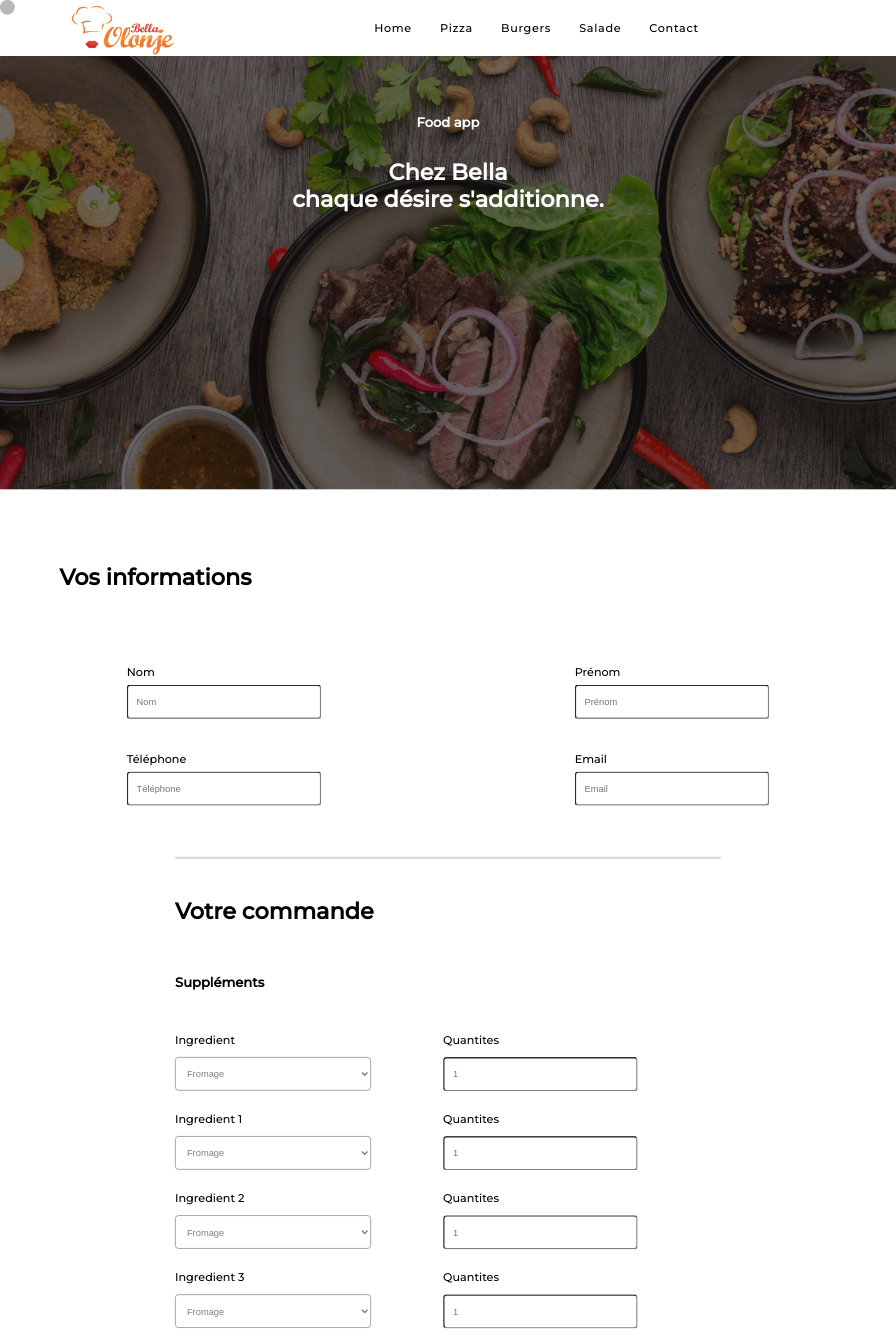
Repository: Ahlam-belhadj/bella-olange
Page: index2.html
These files come from the project's save history. The page is drawn as it stood at one moment and after the next save; the edit follows.
The browser window is 1280 px wide. The pictures show the part of the page from y = 0 to 1920 px (the page is 3199 px tall), at 70% of full size.

Above is the page before, as saved 2023-02-14 19:27:55.

### index2.html
<!DOCTYPE html>
<html lang="en">

<head>
    <meta charset="UTF-8">
    <meta http-equiv="X-UA-Compatible" content="IE=edge">
    <meta name="viewport" content="width=device-width, initial-scale=1.0">
    <link rel="stylesheet" href="style2.css">
    <title>Bella olanje</title>
</head>

<body>
  <header>
    <nav>
      <div class="logo"><img  class="logo" src="image/logo_bella_olonje.png" alt="logo"></div>
      <ul>
          <li><a href="#" class="nav-link">Home</a></li>
          <li><a href="#" class="nav-link">Pizza</a></li>
          <li><a href="#" class="nav-link">Burgers</a></li>
          <li><a href="#" class="nav-link">Salade</a></li>
          <li><a href="#" class="nav-link">Contact</a></li>

      </ul>
      <div class="icon_navbar">
          <label for="click" class="menu-btn">
            <i class="fas fa-bars"></i>
          </label>
      </div>
    </nav>

    <div class="title">
        <div class="texte">
            <h3>Food app</h3>
            <h1>Chez Bella <br>
                chaque désire s'additionne.</h1>
        </div>
    </div>
</header>




    <main>
      <div class="infos" id="form-infos">
        <form>
          <h1>Vos informations</h1>

          <div class="grp_infos">
            <div class="nom_prenom">
              <div class="label1">
                <label class="label_nom">Nom</label><br>
                <input type="text" placeholder="Nom">
              </div>
              <div class="label1">
                <label class="label_nom">Prénom</label><br>
                <input type="text" placeholder="Prénom">
              </div>
            </div>

            <div class="telephone_email">
              <div class="label1">
                <label class="label_nom">Téléphone</label><br>
                <input type="text" placeholder="Téléphone">
              </div>
              <div class="label1">
                <label class="label_nom">Email</label><br>
                <input type="text" placeholder="Email">
              </div>
            </div>
          </div>
        </form>
      </div>

      <hr>

      <div class="commande">
        <form>
          <h1>Votre commande</h1>
          <h3>Suppléments</h3>
          <div class="grp_suppliment">
            <div class="ingredient_quantite">
              <div class="fromage">
                <label>Ingredient</label><br>
                <select name="ingr" class="suppléments">
                  <option value="fromage">Fromage</option>
                  <option value="fromage">Fromage</option>
                  <option value="fromage">Fromage</option>
                  <option value="fromage">Fromage</option>
                  <option value="fromage">Fromage</option>
                  <option value="fromage">Fromage</option>
                  <option value="fromage">Fromage</option>
                </select>
              </div>
              <div class="box">
                <label>Quantites</label><br>
                <input type="number" min="0" placeholder="1">
              </div>
            </div>

            <div class="ingredient_quantite">
             <div class="fromage">
                <label>Ingredient 1</label><br>
                <select name="ingr" class="suppléments">
                  <option value="fromage">Fromage</option>
                  <option value="fromage">Fromage</option>
                  <option value="fromage">Fromage</option>
                  <option value="fromage">Fromage</option>
                  <option value="fromage">Fromage</option>
                  <option value="fromage">Fromage</option>
                  <option value="fromage">Fromage</option>
                </select>
              </div>
              <div class="box">
                <label>Quantites</label><br>
                <input type="number" min="0" placeholder="1">
              </div>
            </div>

            <div class="ingredient_quantite">
              <div class="fromage">
                <label>Ingredient 2</label><br>
                <select name="ingr" class="suppléments">
                  <option value="fromage">Fromage</option>
                  <option value="fromage">Fromage</option>
                  <option value="fromage">Fromage</option>
                  <option value="fromage">Fromage</option>
                  <option value="fromage">Fromage</option>
                  <option value="fromage">Fromage</option>
                  <option value="fromage">Fromage</option>
                </select>
              </div>
              <div class="box">
                <label>Quantites</label><br>
                <input type="number" min="0" placeholder="1">
              </div>
            </div>

            <div class="ingredient_quantite">
              <div class="fromage">
                <label>Ingredient 3</label><br>
                <select name="ingr" class="suppléments">
                  <option value="fromage">Fromage</option>
                  <option value="fromage">Fromage</option>
                  <option value="fromage">Fromage</option>
                  <option value="fromage">Fromage</option>
                  <option value="fromage">Fromage</option>
                  <option value="fromage">Fromage</option>
                  <option value="fromage">Fromage</option>
                </select>
              </div>
              <div class="box">
                <label>Quantites</label><br>
                <input type="number" min="0" placeholder="1">
              </div>
            </div>
          </div>


          <div class="check2">
            <label class="container">Avec frites
              <input type="radio" checked="checked" name="radio">
              <span class="checkmark"></span>
            </label>
            <label class="container">Sans frites
              <input type="radio" name="radio">
              <span class="checkmark"></span>
            </label>
          </div>


          <div class="all">
            <div class="content_of_boisson">
                <h2>Boissons</h2>
                <div class="boissons">
                    <div class="carre"></div>
                    <label>Coca-Cola</label>
                    <select name="Fromage" class="Fromage" style="margin-top: 10px;">
                      <option value="">1</option>
                      <option value="">2</option>
                      <option value="">3</option>
                      <option value="">4</option>
                    </select>
                </div>
                <div class="boissons">
                    <div class="carre grey"></div>
                    <label>Fanta</label>
                    <select name="Fromage" class="Fromage" style="margin-top: 10px;">
                      <option value="">1</option>
                      <option value="">2</option>
                      <option value="">3</option>
                      <option value="">4</option>
                    </select>
                </div>
                <div class="boissons">
                    <div class="carre grey"></div>
                    <label>L'eau</label>
                    <select name="Fromage" class="Fromage" style="margin-top: 10px;">
                      <option value="">1</option>
                      <option value="">2</option>
                      <option value="">3</option>
                      <option value="">4</option>
                    </select>
                </div>
            </div>

            <div class="content_of_dessert">
                <h2>Dessert</h2>
                <div class="boissons dessert">
                    <div class="carre"></div>
                    <label>Tiramisu</label>
                    <select name="Fromage" class="Fromage" style="margin-top: 10px;">
                        <option value="">1</option>
                        <option value="">2</option>
                        <option value="">3</option>
                        <option value="">4</option>
                    </select>
                </div>
                <div class="boissons dessert">
                    <div class="carre grey"></div>
                    <label>Cheese-cake</label>
                    <select name="Fromage" class="Fromage" style="margin-top: 10px;">
                      <option value="">1</option>
                      <option value="">2</option>
                      <option value="">3</option>
                      <option value="">4</option>
                    </select>
                </div>
                <div class="boissons dessert">
                    <div class="carre grey"></div>
                    <label>Tarte au fraise</label>
                    <select name="Fromage" class="Fromage" style="margin-top: 10px;">
                      <option value="">1</option>
                      <option value="">2</option>
                      <option value="">3</option>
                      <option value="">4</option>
                    </select>
                </div>
            </div>
            </div>
        </form>
      </div>

      <hr>

      <div class="livraison">
        <form>
          <h1>Adresse de livraison</h1>
          <div class="grp_infos">
            <div class="nom_prenom">
              <div class="label1">
                <label class="label_nom">Nom</label><br>
                <input type="text" placeholder="Nom">
              </div>
              <div class="label1">
                <label class="label_nom">Prénom</label><br>
                <input type="text" placeholder="Prénom">
              </div>
            </div>

            <div class="telephone_email">
              <div class="label1">
                <label class="label_nom">Téléphone</label><br>
                <input type="text" placeholder="Téléphone">
              </div>
              <div class="label1">
                <label class="label_nom">Email</label><br>
                <input type="text" placeholder="Email">
              </div>
            </div>
            <div class="nom_prenom">
              <div class="label1">
                <label class="label_nom">Adresse</label><br>
                <input type="text" placeholder="Adresse">
              </div>
              <div class="label1">
                <label class="label_nom">Code postale</label><br>
                <input type="text" placeholder="Code postale">
              </div>
            </div>

            <div class="telephone_email">
              <div class="label1">
                <label class="label_nom">Ville</label><br>
                <input type="text" placeholder="Ville">
              </div>
              <div class="label1">
                <label class="label_nom">Pays</label><br>
                <input type="text" placeholder="Pays">
              </div>
            </div>
          </div>
            <div class="div_button"><button class="button" type="button">Envoyer</button></div>
        </form>

      </div>
    </main>

</body>

</html>

### style2.css
@import url('https://fonts.googleapis.com/css2?family=Montserrat:wght@100;200;500&display=swap');

body {
    font-family: Montserrat, sans-serif;
    margin: auto;
}


.logo {
    height: 80px;
}

nav {
    display: flex;
    height: 80px;
    background: white;
    align-items: center;
    justify-content: space-between;
    padding: 0 50px 0 100px;
    flex-wrap: wrap;
  }

  nav .logo {
    color: #fff;
    font-size: 20px;
    text-transform: uppercase;
    text-decoration: none;
  }

  nav a {
    color: #fff;
    text-decoration: none;
  }

  nav ul {
    display: flex;
    flex-wrap: wrap;
    list-style: none;

  }

  nav ul li {
    margin: 0 5px;
  }

  nav ul li a {
    color: black;
    text-decoration: none;
    font-size: 16px;
    font-weight: 500;
    padding: 8px 15px;
    border-radius: 5px;
    letter-spacing: 1px;
    transition: all 0.3s ease;
  }

  nav .icon_navbar {
    display: flex;
  }



  nav .menu-btn i {
    color: #050505;
    font-size: 22px;
    cursor: pointer;

  }

  input[type="checkbox"] {
    display: none;
  }

  @media (max-width: 1000px) {
    nav {
      padding: 0 40px 0 50px;
    }

    nav .logo {
      color: #fff;
      font-size: 16px;
      text-transform: uppercase;
    }
  }

 @media (max-width: 1250px) {
    nav .menu-btn i {
      display: block;
    }

    #click:checked~.menu-btn i:before {
      content: "\f00d";
    }

    nav ul {
      position: fixed;
      top: 80px;
      right: -100%;
      background: #C81100;
      height: 100vh;
      width: 60%;
      text-align: center;
      display: block;
      transition: all 0.3s ease;
    }

    #click:checked~ul {
      right: 0;
    }

    nav ul li {
      width: 100%;
      margin: 40px 0;
    }

    nav ul li a {
      width: 100%;
      display: block;
      font-size: 20px;
      transition: 0.6s cubic-bezier(0.68, -0.55, 0.265, 1.55);
    }

    #click:checked~ul li a {
      margin-left: 0px;
    }

    nav ul li a.active,
    nav ul li a:hover {
      background: none;
      color: #1E1E1E;
    }
  }
.title {
  background-image: url(image/Rectangle\ 48.png);
  height: 619px;
  background-repeat: no-repeat;
  background-position: center;
  background-size: cover;



}

.texte{
    color: white;
    display: flex;
    align-items: center;
    justify-content: center;
    flex-direction: column;
    text-align: center;
    height: 50%;
}




/*infos*/


.ingredient_quantite{
    display: flex;
    flex-direction:row;
    justify-content: flex-start;
    gap: 10%;
    margin-bottom: 10px;
}


.label1 input {
    width: 250px;
    height: 35px;
    margin-bottom: 20px;
    margin-top: 8px;
    padding: 5px 12px;
    color: grey;
    border-radius: 5px;
    border-color: gray;
}


.infos h1 {
    padding: 85px;
}

hr {
    height: 3px;
    background-color:#d8d8d8;
    border: none;
    margin: 25px 250px 25px;
}

.nom_prenom {
    display: flex;
    justify-content: space-around;
    padding-right: 0px;
    padding-bottom: 28px;
}
.telephone_email {
    display: flex;
    justify-content: space-around;
    padding-right: 0px;
    padding-bottom: 28px;
}

/*infos*/

/*livraison*/

.livraison h1 {
    margin-left: 65px;
    padding-top: 30px;
    padding-bottom: 50px;
}
/*livraison*/

/*commande*/
.suppléments {
    width: 280px;
    height: 48px;
    margin-bottom: 20px;
    margin-top: 15px;
    padding: 5px 12px;
    color: grey;
    border-radius: 5px;
    border-color: gray;
    background-color: #FFFFFF;
}


.commande {
    margin-left: 250px;
}

.commande h1 {
    padding-top: 30px;
}

.commande h3 {
    padding-top: 50px;
    padding-bottom: 42px;
}

.box input {
    width: 250px;
    height: 35px;
    margin-bottom: 20px;
    margin-top: 15px;
    padding: 5px 12px;
    color: grey;
    border-radius: 5px;
    border-color: gray;
}

.boissons_dessert {
    display: flex;
    flex-direction: row;
}

/*commande*/


.div_button {
    padding: 50px 150px 70px 0px;
    display: flex;
    justify-content: flex-end;
}

button {
    border: 0;
    line-height: 2.5;
    width: 120px;
    padding: 0 18px;
    font-size: 18px;
    text-align: center;
    color: #fff;
    border-radius: 20px;
    background-color: #FA4A0C;
    box-shadow: 1px 1px 5px #B73227;
}


/*dessert et boissons*/

.avec, .sans {
    display: flex;
    flex-direction: row;
    justify-content: space-around;
    width: 150px;
    height: 40px;
    align-items: center;
}

.sans_f {
    padding-top: 39px;
    padding-left: 50px;
}
.avec_f {
    padding-left: 10px;
}

.boissons{
    display: flex;
    align-items: center;
    justify-content: space-around;
    /* width: 31rem; */
    padding-top: 5px;
}

.carre {
    width: 24px;
    height: 24px;
    background-color: green;
}

.carre.grey {
    background-color: #C4C4C4;
}

.all {
    display: flex;
}

.content_of_dessert {
    margin-left: 186px;
}

.Fromage {
    padding: 7px;
    border-radius: 5px;
    width: 280px;
    height: 48px;
    margin-bottom: 20px;
    margin-top: 8px;
    padding: 5px 12px;
    color: grey;
    border-radius: 5px;
    border-color: gray;
    background-color: #FFFFFF;
}
/*dessert et boissons*/


/*checkbox*/
.check2 {
    padding-top: 40px;
    padding-bottom: 40px;
}
.container {
    padding-left: 30px;
    margin-bottom: 12px;
    cursor: pointer;
    font-size: 16px;


  }

  .container input {
    position: absolute;
    opacity: 0;
    cursor: pointer;
  }

  .checkmark {
    position: absolute;
    top: 0;
    left: 0;
    height: 21px;
    width: 21px;
    background-color: rgba(176, 176, 176, 0.677);
    border-radius: 50%;
}




  .container input:checked  .checkmark {
    background-color: #2e3983;
  }

  .checkmark:after {
    position: absolute;
    display: none;
  }

  .container input:checked ~ .checkmark:after {
    display: block;
  }

  .container .checkmark:after {
       top: 9px;
      left: 9px;
      width: 8px;
      background: white;
  }
/*checkbox*/

@media (max-width:650px) {
  .nom_prenom {
      display: flex;
      flex-direction: column;
      padding-left: 15%;
  }

  .telephone_email {
      display: flex;
      flex-direction: column;
      padding-left: 15%;
  }

  .ingredient_quantite{
    display: flex;
    flex-direction: column;
  }

  .all{
    display: flex;
    flex-direction: column;
  }

  .content_of_dessert{
    margin-left: 0px;
  }

  .Fromage{
    width: 20px;
  }

  .commande {
    margin-left: 60px;
}


h2{
  text-align: center;
}

h1{
  text-align: center;
}

.livraison h1 {
  margin-left: 5px;
}


}

@media screen and (min-width:651px) and (max-width:1199px) {
  .nom_prenom {
    display: flex;
    flex-direction: column;
    padding-left: 15%;
}

.telephone_email {
    display: flex;
    flex-direction: column;
    padding-left: 15%;
}

.ingredient_quantite{
  display: flex;
  flex-direction: column;
}

.all{
  display: flex;
  flex-direction: column;
}

.content_of_dessert{
  margin-left: 0px;
}

.Fromage{
  width: 100px;
}

h2{
  text-align: center;
}
h1{
  text-align: center;
}

.label1 input {
  width: 550px;

}

.suppléments {
  width: 550px;
}


.box input {
  width: 520px;
}

.commande {
  margin-left: 150px;
}
.content_of_boisson {
  padding-right: 550px;
}

.content_of_dessert {
  padding-right: 550px;
}
}

After the next save:
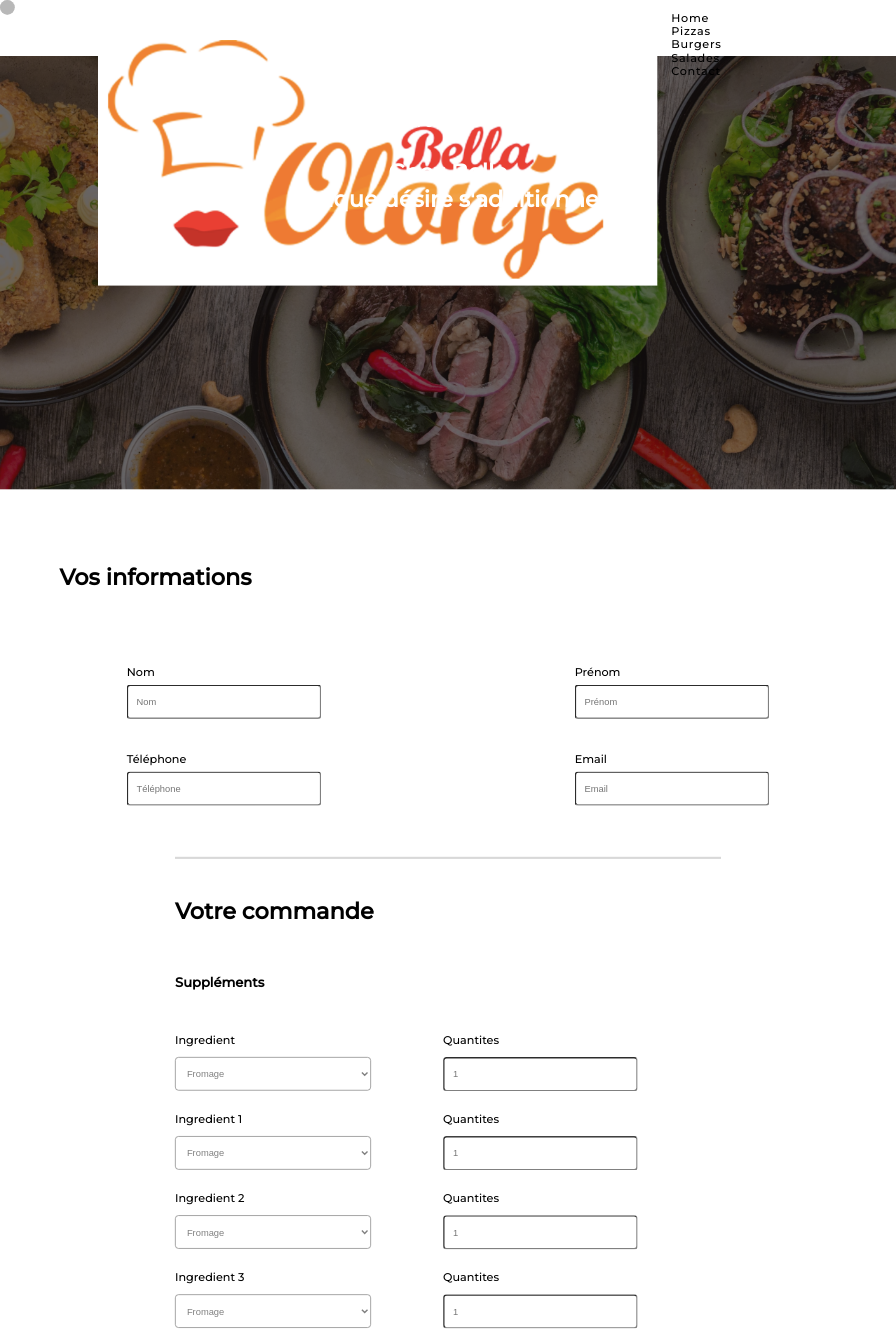
Saved 117 s later.
--- a/index2.html
+++ b/index2.html
@@ -11,22 +11,22 @@
 
 <body>
   <header>
+
     <nav>
-      <div class="logo"><img  class="logo" src="image/logo_bella_olonje.png" alt="logo"></div>
-      <ul>
-          <li><a href="#" class="nav-link">Home</a></li>
-          <li><a href="#" class="nav-link">Pizza</a></li>
-          <li><a href="#" class="nav-link">Burgers</a></li>
-          <li><a href="#" class="nav-link">Salade</a></li>
-          <li><a href="#" class="nav-link">Contact</a></li>
-
+      <ul class="nav-bar">
+          <div class="logo"><a href='#'><img src="image/logo_bella_olonje.png" alt="jsp"></a></div>
+          <input type="checkbox" id="check" />
+          <span class="menu">
+              <li><a href="index.html" class="nav-link">Home</a></li>
+              <li><a href="#pizza" class="nav-link">Pizzas</a></li>
+              <li><a href="#burger" class="nav-link">Burgers</a></li>
+              <li><a href="#salades" class="nav-link">Salades</a></li>
+              <li><a href="index3.html" class="nav-link">Contact</a></li>
+              <label for="check" class="close-menu"><i class="fas fa-times"></i></label>
+          </span>
+          <label for="check" class="open-menu"><i class="fas fa-bars"></i></label>
       </ul>
-      <div class="icon_navbar">
-          <label for="click" class="menu-btn">
-            <i class="fas fa-bars"></i>
-          </label>
-      </div>
-    </nav>
+  </nav>
 
     <div class="title">
         <div class="texte">
